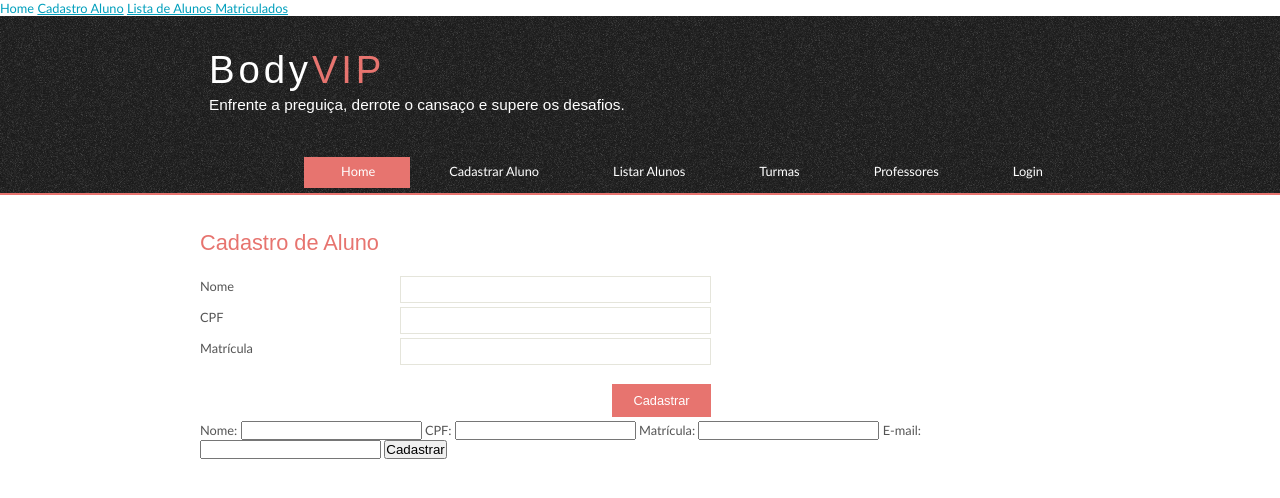
Repository: Thais-Ferreira/Projeto_bodyVIP
Page: http://localhost/BodyVIP/AlunoController?acao=cadastro
These files come from the project's save history. The page is drawn as it stood at one moment and after the next save; the edit follows.
The browser window is 1280 px wide. The pictures show the whole page.
The page is served by Tomcat 9. Other server files are loaded and not shown.

Above is the page before, as saved 2017-06-19 00:08:48.

### BodyVIP/WebContent/cadastro.jsp
<%@ page language="java" contentType="text/html; charset=ISO-8859-1"
    pageEncoding="ISO-8859-1"%>
<!DOCTYPE html PUBLIC "-//W3C//DTD HTML 4.01 Transitional//EN" "http://www.w3.org/TR/html4/loose.dtd">
<html>
<head>
	<meta http-equiv="Content-Type" content="text/html; charset=ISO-8859-1">
	<link rel="stylesheet" type="text/css" href="css/style.css" />
	<title>Cadastro</title>
</head>
<body>
	<jsp:include page="cabecalho.jsp"></jsp:include>
	<div id="main">
    <div id="header">
      <div id="logo">
        <div id="logo_text">
          <!-- class="logo_colour", allows you to change the colour of the text -->
          <h1><a href="index.html">Body<span class="logo_colour">VIP</span></a></h1>
          <h2>Enfrente a preguiça, derrote o cansaço e supere os desafios.</h2>
        </div>
      </div>
      <div id="menubar">
        <ul id="menu">
          <!-- put class="selected" in the li tag for the selected page - to highlight which page you're on -->
          <li class="selected"><a href="index.html">Home</a></li>
          <li><a href="AlunoController?acao=cadastro">Cadastrar Aluno</a></li>
          <li><a href="AlunoController?acao=buscaLista">Listar Alunos</a></li>
          <li><a href="page.html">Turmas</a></li>
          <li><a href="another_page.html">Professores</a></li>
          <li><a href="contact.html">Login</a></li>
        </ul>
      </div>
    </div>
    <div id="content_header"></div>
    <div id="site_content">
    <h1>Cadastro de Aluno</h1>
    <div class="form_settings">
    	<form action="SalvoCadastro.jsp" method="post">
            <p><span>Nome</span><input class="contact" type="text" name="nome"/></p>
            <p><span>CPF</span><input class="contact" type="text" name="cpf"/></p>
            <p><span>Matrícula</span><input class="contact" type="text" name="matricula"/></p>
            <p style="padding-top: 15px"><span>&nbsp;</span><input class="submit" type="submit" name="enviar" value="Cadastrar" /></p>
          </form>
          </div>
	<form action="SalvoCadastro.jsp" method="post">
		<label>Nome:</label>
		<input type="text" name="nome">
		<label>CPF:</label>
		<input type="text" name="cpf">
		<label>Matrícula:</label>
		<input type="text" name="matricula">
		<label>E-mail:</label>
		<input type ="text" name="email">
		<input type="submit" value="Cadastrar">
	</form>
</body>
</html>

### BodyVIP/WebContent/cabecalho.jsp
<%@ page language="java" contentType="text/html; charset=ISO-8859-1"
    pageEncoding="ISO-8859-1"%>
<!DOCTYPE html PUBLIC "-//W3C//DTD HTML 4.01 Transitional//EN" "http://www.w3.org/TR/html4/loose.dtd">
<html>
<head>
<meta http-equiv="Content-Type" content="text/html; charset=ISO-8859-1">
<title>Cabeçalho</title>
</head>
<body>
	<a href="home.jsp">Home</a>
	<a href="AlunoController?acao=cadastro">Cadastro Aluno</a>
	<a href="AlunoController?acao=buscaLista">Lista de Alunos Matriculados</a>
</body>
</html>

### BodyVIP/src/br/com/body/controller/AlunoController.java
package br.com.body.controller;

import java.io.IOException;
import java.io.PrintWriter;
import java.util.List;

import javax.servlet.RequestDispatcher;
import javax.servlet.ServletException;
import javax.servlet.annotation.WebServlet;
import javax.servlet.http.HttpServlet;
import javax.servlet.http.HttpServletRequest;
import javax.servlet.http.HttpServletResponse;

import br.com.body.entidade.Aluno;
import br.com.body.jdbc.AlunoDAO;

/**
 * Servlet implementation class AlunoController
 */
@WebServlet("/AlunoController")
public class AlunoController extends HttpServlet {
	private static final long serialVersionUID = 1L;

    /**
     * @see HttpServlet#HttpServlet()
     */
    public AlunoController() {
        super();
        // TODO Auto-generated constructor stub
    }

	/**
	 * @see HttpServlet#doGet(HttpServletRequest request, HttpServletResponse response)
	 */
	protected void doGet(HttpServletRequest request, HttpServletResponse response) throws ServletException, IOException {

		Aluno aluno = new Aluno();
		String acao = request.getParameter("acao");
		AlunoDAO alunoDAO = new AlunoDAO();

		if(acao != null && acao.equals("buscaLista")) {
			List<Aluno> listaAlunos = alunoDAO.buscaListaAlunos(aluno);

			request.setAttribute("listaAlunos", listaAlunos);
			RequestDispatcher destino = request.getRequestDispatcher("listaAlunos.jsp");
			destino.forward(request, response);

		} else if(acao != null && acao.equals("deletaCadastro")) {
			String matricula = request.getParameter("matricula");
			aluno.setMatricula(matricula);
			alunoDAO.deletaCadastroAluno(aluno);

			response.sendRedirect("AlunoController?acao=buscaLista");

		} else if(acao != null && acao.endsWith("alteraCadastro")) {
			String matricula = request.getParameter("matricula");
			Aluno alu = alunoDAO.buscaAluno(matricula);
			request.setAttribute("alu", alu);
			request.getRequestDispatcher("AlterarCadastro.jsp").forward(request, response);

		} else if(acao != null && acao.endsWith("cadastro")) {
			RequestDispatcher destino = request.getRequestDispatcher("cadastro.jsp");
			destino.forward(request, response);
		}

	}

	/**
	 * @see HttpServlet#doPost(HttpServletRequest request, HttpServletResponse response)
	 */
	protected void doPost(HttpServletRequest request, HttpServletResponse response) throws ServletException, IOException {
		//capturando parâmetros da tela
		String nome = request.getParameter("nome");
		String matricula = request.getParameter("matricula");
		String email = request.getParameter("email");

		//criando objeto aluno e atribuindo valores da tela
		Aluno aluno = new Aluno();
		aluno.setNome(nome);
		aluno.setEmail(email);
		aluno.setMatricula(matricula);

		//criando um alunoDAO
		AlunoDAO alunoDAO = new AlunoDAO();

		//salvando no banco de dados
		alunoDAO.alteraCadastroAluno(aluno);
		//PrintWriter out = response.getWriter();
		//out.println("Salvo!");
		response.sendRedirect("AlunoController?acao=buscaLista");
	}

}

### BodyVIP/src/br/com/body/entidade/Aluno.java
package br.com.body.entidade;

import java.sql.Date;

/**
 * Classe que representa um aluno.
 *
 * @author Thaís
 *
 */
public class Aluno {

	private Integer id;
	private String nome;
	private String cpf;
	private String matricula;
	private String email;
	private Date dataMatricula;

	public Integer getId() {
		return id;
	}

	public void setId(Integer id) {
		this.id = id;
	}

	public String getNome() {
		return nome;
	}

	public void setNome(String nome) {
		this.nome = nome;
	}

	public String getCpf() {
		return cpf;
	}

	public void setCpf(String cpf) {
		this.cpf = cpf;
	}
	public String getMatricula() {
		return matricula;
	}

	public void setMatricula(String matricula) {
		this.matricula = matricula;
	}

	public String getEmail() {
		return email;
	}

	public void setEmail(String email) {
		this.email = email;
	}

	public Date getDataMatricula() {
		return dataMatricula;
	}

	public void setDataMatricula(Date dataMatricula) {
		this.dataMatricula = dataMatricula;
	}


}

### BodyVIP/src/br/com/body/jdbc/AlunoDAO.java
package br.com.body.jdbc;

import java.sql.Connection;
import java.sql.PreparedStatement;
import java.sql.ResultSet;
import java.sql.SQLException;
import java.util.ArrayList;
import java.util.List;

import br.com.body.entidade.Aluno;

/**
 * Classe responsável por cadastrar, excluir, alterar e mostrar os dados de alunos através
 * de uma connexão com o banco de dados.
 *
 * @author Thaís
 *
 */
public class AlunoDAO {

	private Connection conexao = Conexao.getConnection();

	/**
	 * Método que cadastra um aluno no banco de dados.
	 */
	public void cadastroAluno(Aluno aluno) {

		String sql = "INSERT INTO aluno (nome,cpf,matricula,email,datamatricula) VALUES (?,?,?,?,?)";

		try {
			PreparedStatement preparador = conexao.prepareStatement(sql);

			preparador.setString(1, aluno.getNome());
			preparador.setString(2, aluno.getCpf());
			preparador.setString(3, aluno.getMatricula());
			preparador.setString(4, aluno.getEmail());
			preparador.setDate(5, aluno.getDataMatricula());

			preparador.execute();
			preparador.close();

			System.out.println("Aluno cadastrado com sucesso!");
		} catch (SQLException e) {
			System.out.println("Erro - " + e.getMessage());
		}

	}

	/**
	 * Método que altera o cadastro de um aluno no banco de dados.
	 */
	public void alteraCadastroAluno(Aluno aluno) {

		String sql = "UPDATE aluno SET nome = ?, email = ? WHERE matricula = ?";

		try {
			PreparedStatement preparador = conexao.prepareStatement(sql);

			preparador.setString(1, aluno.getNome());
			preparador.setString(2, aluno.getEmail());
			preparador.setString(3, aluno.getMatricula());

			preparador.execute();
			preparador.close();

			System.out.println("Cadastro alterado com sucesso!");
		} catch (SQLException e) {
			System.out.println("Erro - " + e.getMessage());
		}

	}

	/**
	 * Método que deleta o cadastro de um aluno do banco de dados.
	 */
	public void deletaCadastroAluno(Aluno aluno) {

		String sql = "DELETE FROM aluno WHERE matricula = ?";

		try {
			PreparedStatement preparador = conexao.prepareStatement(sql);

			preparador.setString(1, aluno.getMatricula());


			preparador.execute();
			preparador.close();

			System.out.println("Cadastro deletado com sucesso!");
		} catch (SQLException e) {
			System.out.println("Erro - " + e.getMessage());
		}

	}

	/**
	 * Método que retorna uma lista com os alunos cadastrados no banco de dados.
	 */
	public List<Aluno> buscaListaAlunos(Aluno aluno) {

		String sql = "SELECT * FROM aluno";
		List<Aluno> listaAlunos = new ArrayList<>();

		try {
			PreparedStatement preparador = conexao.prepareStatement(sql);
			ResultSet resultados = preparador.executeQuery();

			while(resultados.next()) {
				Aluno alu = new Aluno();
				alu.setId(resultados.getInt("id"));
				alu.setNome(resultados.getString("nome"));
				alu.setCpf(resultados.getString("cpf"));
				alu.setMatricula(resultados.getString("matricula"));
				alu.setEmail(resultados.getString("email"));
				alu.setDataMatricula(resultados.getDate("datamatricula"));

				listaAlunos.add(alu);

			}
		} catch (SQLException e) {
			System.out.println("Erro - " + e.getMessage());
		}

		return listaAlunos;

	}

	public Aluno buscaAluno(String matricula) {
		Aluno aluno = null;
		String sql = "SELECT * FROM aluno WHERE matricula = ?";

		try {
			PreparedStatement preparador = conexao.prepareStatement(sql);
			preparador.setString(1, matricula);

			ResultSet resultado = preparador.executeQuery();
			if(resultado.next()) {
				aluno = new Aluno();
				aluno.setId(resultado.getInt("id"));
				aluno.setNome(resultado.getString("nome"));
				aluno.setCpf(resultado.getString("cpf"));
				aluno.setMatricula(resultado.getString("matricula"));
				aluno.setEmail(resultado.getString("email"));
			}
			System.out.println("Aluno encontrado com sucesso!");
		} catch (SQLException e) {
			System.out.println("Erro - " + e.getMessage());
		}

		return aluno;
	}

}

### BodyVIP/src/br/com/body/jdbc/Conexao.java
package br.com.body.jdbc;

import java.sql.Connection;
import java.sql.DriverManager;
import java.sql.SQLException;

/**
 * Classe que estabelece a conexão com o banco de dados.
 *
 * @author Thaís
 *
 */
public class Conexao {

	/**
	 * Método que retorna uma conexão com o banco de dados.
	 */
	public static Connection getConnection() {

		 Connection conexao = null;

		 try {
			Class.forName("org.postgresql.Driver");
			conexao = DriverManager.getConnection("jdbc:postgresql://localhost:5432/BodyVIP","postgres","k0rr4");
			System.out.println("Conectado com sucesso!");
		} catch (SQLException e) {
			System.out.println("Erro - Conexão " + e.getMessage());
		} catch (ClassNotFoundException e) {
			System.out.println("Erro - Driver " + e.getMessage());
		}

		 return conexao;

	}

}

### BodyVIP/WebContent/css/style.css
@CHARSET "ISO-8859-1";

html
{ height: 100%;}

*
{ margin: 0;
  padding: 0;}

body
{ font: normal .80em 'trebuchet ms', arial, sans-serif;
  background: #FFF;
  color: #555;}

p
{ padding: 0 0 20px 0;
  line-height: 1.7em;}

img
{ border: 0;}

h1, h2, h3, h4, h5, h6
{ color: #E7746F;
  letter-spacing: 0em;
  padding: 0 0 5px 0;}

h1, h2, h3
{ font: normal 170% 'century gothic', arial;
  margin: 0 0 15px 0;
  padding: 15px 0 5px 0;}

h2
{ font-size: 160%;
  padding: 9px 0 5px 0;}

h3
{ font-size: 140%;
  padding: 5px 0 0 0;}

h4, h6
{ color: #009FBC;
  padding: 0 0 5px 0;
  font: normal 110% arial;
  text-transform: uppercase;}

h5, h6
{ color: #888;
  font: normal 95% arial;
  letter-spacing: normal;
  padding: 0 0 15px 0;}

a, a:hover
{ outline: none;
  text-decoration: underline;
  color: #009FBC;}

a:hover
{ text-decoration: none;}

blockquote
{ margin: 20px 0;
  padding: 10px 20px 0 20px;
  border: 1px solid #E5E5DB;
  background: #FFF;}

ul
{ margin: 2px 0 22px 17px;}

ul li
{ list-style-type: circle;
  margin: 0 0 6px 0;
  padding: 0 0 4px 5px;
  line-height: 1.5em;}

ol
{ margin: 8px 0 22px 20px;}

ol li
{ margin: 0 0 11px 0;}

.left
{ float: left;
  width: auto;
  margin-right: 10px;}

.right
{ float: right;
  width: auto;
  margin-left: 10px;}

.center
{ display: block;
  text-align: center;
  margin: 20px auto;}

#main, #logo, #menubar, #site_content, #footer
{ margin-left: auto;
  margin-right: auto;}

#header
{ background: #1d1d1d url(../imagens/pattern.png) repeat;
  border-bottom: 2px solid #E7746F;
  height: 177px;}

#banner
{ background: transparent url(../imagens/banner.jpg) no-repeat;
  width: 870px;
  height: 180px;
  margin-bottom: 20px;
  border: 5px solid #E7746F;}

#logo
{ width: 880px;
  position: relative;
  height: 140px;
  background: transparent;}

#logo #logo_text
{ position: absolute;
  top: 10px;
  left: 0;}

#logo h1, #logo h2
{ font: normal 300% 'century gothic', arial, sans-serif;
  border-bottom: 0;
  text-transform: none;
  margin: 0 0 0 9px;}

#logo_text h1, #logo_text h1 a, #logo_text h1 a:hover
{ padding: 22px 0 0 0;
  color: #FFF;
  letter-spacing: 0.1em;
  text-decoration: none;}

#logo_text h1 a .logo_colour
{ color: #E7746F;}

#logo_text a:hover .logo_colour
{ color: #FFF;}

#logo_text h2
{ font-size: 120%;
  padding: 4px 0 0 0;
  color: #FFF;}

#menubar
{ width: 880px;
  height: 46px;}

ul#menu
{ float: right;
  margin: 0;}

ul#menu li
{ float: left;
  padding: 0 0 0 9px;
  list-style: none;
  margin: 1px 2px 0 0;
  background: transparent;}

ul#menu li a
{ font: normal 100% 'trebuchet ms', sans-serif;
  display: block;
  float: left;
  height: 20px;
  padding: 6px 35px 5px 28px;
  text-align: center;
  color: #FFF;
  text-decoration: none;
  background: transparent;}

ul#menu li.selected a
{ height: 20px;
  padding: 6px 35px 5px 28px;}

ul#menu li.selected
{ margin: 1px 2px 0 0;
  background: #E7746F;}

ul#menu li.selected a, ul#menu li.selected a:hover
{ background: #E7746F;
  color: #FFF;}

ul#menu li a:hover
{ color: #FFF;
  background: #E7746F;}

#site_content
{ width: 880px;
  overflow: hidden;
  margin: 20px auto 0 auto;
  padding: 0 0 10px 0;}

#sidebar_container
{ float: right;
  width: 224px;}

.sidebar_top
{ width: 222px;
  height: 14px;
  background: transparent url(../imagens/side_top.png) no-repeat;}

.sidebar_base
{ width: 222px;
  height: 14px;
  background: url(../imagens/side_base.png) no-repeat;}

.sidebar
{ float: right;
  width: 222px;
  padding: 0;
  margin: 0 0 16px 0;}

.sidebar_item
{ background: url(../imagens/side_back.png) repeat-y;
  padding: 0 15px;
  width: 192px;}

.sidebar li a.selected
{ color: #444;}

.sidebar ul
{ margin: 0;}

#content
{ text-align: left;
  width: 620px;
  padding: 0 0 0 5px;
  float: left;}

#content ul
{ margin: 2px 0 22px 0px;}

#content ul li, .sidebar ul li
{ list-style-type: none;
  background: url(../imagens/bullet.png) no-repeat;
  margin: 0 0 0 0;
  padding: 0 0 4px 25px;
  line-height: 1.5em;}

#footer
{ width: 100%;
  font-family: 'trebuchet ms', sans-serif;
  font-size: 100%;
  height: 80px;
  padding: 28px 0 5px 0;
  text-align: center;
  background: transparent url(../imagens/pattern.png) repeat;
  border-top: 2px solid #E7746F;
  color: #FFF;}

#footer p
{ line-height: 1.7em;
  padding: 0 0 10px 0;}

#footer a
{ color: #E7746F;
  text-decoration: none;}

#footer a:hover
{ color: #FFF;
  text-decoration: none;}

.search
{ color: #5D5D5D;
  border: 1px solid #BBB;
  width: 134px;
  padding: 4px;
  font: 100% arial, sans-serif;}

.form_settings
{ margin: 15px 0 0 0;}

.form_settings p
{ padding: 0 0 4px 0;}

.form_settings span
{ float: left;
  width: 200px;
  text-align: left;}

.form_settings input, .form_settings textarea
{ padding: 5px;
  width: 299px;
  font: 100% arial;
  border: 1px solid #E5E5DB;
  background: #FFF;
  color: #47433F;}

.form_settings .submit
{ font: 100% arial;
  border: 0;
  width: 99px;
  margin: 0 0 0 212px;
  height: 33px;
  padding: 2px 0 3px 0;
  cursor: pointer;
  background: #E7746F;
  color: #FFF;}

.form_settings textarea, .form_settings select
{ font: 100% arial;
  width: 299px;}

.form_settings select
{ width: 310px;}

.form_settings .checkbox
{ margin: 4px 0;
  padding: 0;
  width: 14px;
  border: 0;
  background: none;}

.separator
{ width: 100%;
  height: 0;
  border-top: 1px solid #D9D5CF;
  border-bottom: 1px solid #FFF;
  margin: 0 0 20px 0;}

table
{ margin: 10px 0 30px 0;}

table tr th, table tr td
{ background: #E7746F;
  color: #FFF;
  padding: 7px 4px;
  text-align: left;}

table tr td
{ background: #E5E5DB;
  color: #47433F;
  border-top: 1px solid #FFF;}

After the next save:
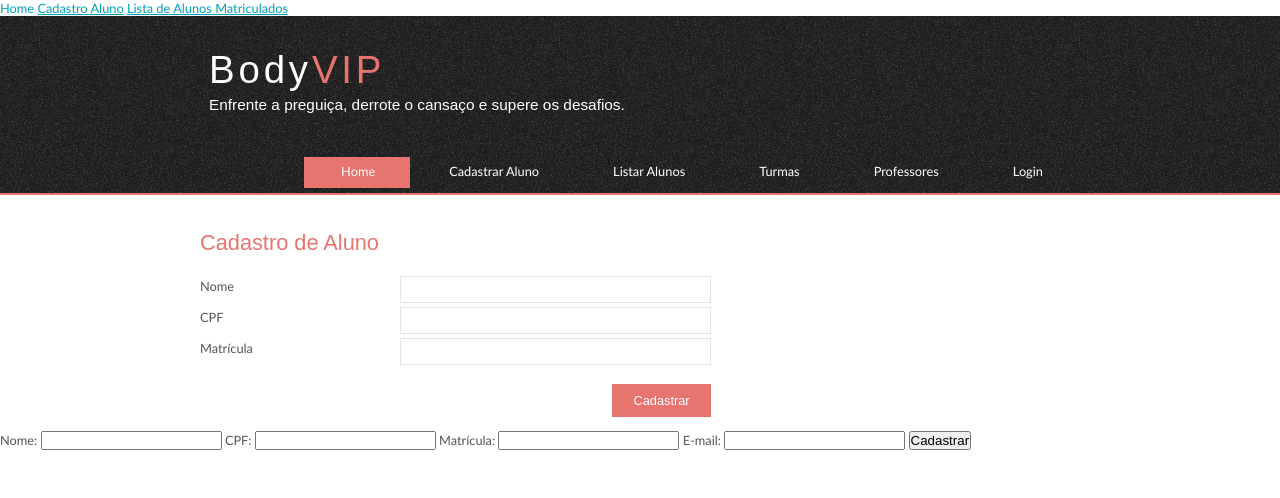
Saved 53 s later.
--- a/BodyVIP/WebContent/cadastro.jsp
+++ b/BodyVIP/WebContent/cadastro.jsp
@@ -40,7 +40,8 @@
             <p><span>Matrícula</span><input class="contact" type="text" name="matricula"/></p>
             <p style="padding-top: 15px"><span>&nbsp;</span><input class="submit" type="submit" name="enviar" value="Cadastrar" /></p>
           </form>
-          </div>
+    </div>
+    </div>
 	<form action="SalvoCadastro.jsp" method="post">
 		<label>Nome:</label>
 		<input type="text" name="nome">
